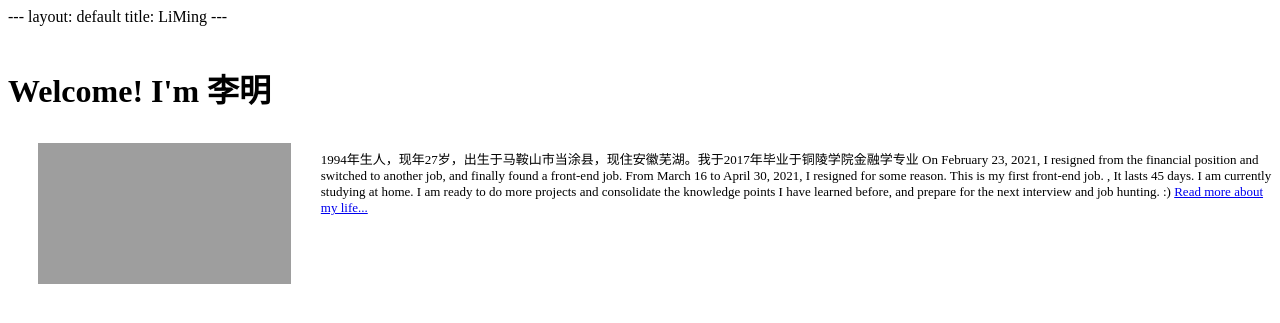
Repository: lm101845/lm101845.github.io
Page: index.html
These files come from the project's save history. The page is drawn as it stood at one moment and after the next save; the edit follows.
The browser window is 1280 px wide. The pictures show the whole page.
Pictures or frames that could not be fetched are drawn as grey boxes.

Above is the page before, as saved 2021-08-07 16:31:33.

### index.html
<!--
 * @Author: liming
 * @Date: 2021-08-07 15:46:06
 * @LastEditTime: 2021-08-07 16:31:33
 * @FilePath: \lm101845.github.io\index.html
-->
--- layout: default title: LiMing ---
<div class="blurb">
  <br />
  <h1>Welcome! I'm 李明</h1>
  <!-- 	height="230" width="185" -->
  <font size="2.5"
    ><p>
      <img
        src="images/Profile_round_faceapp.png"
        style="height: 20%; width: 20%"
        align="left"
        border="0"
        hspace="30"
        vspace="10"
      />
      <br />1994年生人，现年27岁，出生于马鞍山市当涂县，现住安徽芜湖。我于2017年毕业于铜陵学院金融学专业

      <!-- 		I'm passionate about vision-based robotics. -->
      On February 23, 2021, I resigned from the financial position and switched
      to another job, and finally found a front-end job. From March 16 to April
      30, 2021, I resigned for some reason. This is my first front-end job. , It
      lasts 45 days. I am currently studying at home. I am ready to do more
      projects and consolidate the knowledge points I have learned before, and
      prepare for the next interview and job hunting. :)
      <a href="/about">Read more about my life...</a>
    </p>
  </font>
  <br /><br /><br /><br /><br /><br /><br /><br /><br /><br /><br /><br />

  <!-- 	<br/><br/> -->
  <!-- 	<p><img src="images/rajendraFullPic2.jpg" height="30%" width="30%" align="left" border="1" HSPACE="30" VSPACE="10" /><br/>I'm an undergraduate student at <em>CSE, IIT Palakkad.</em> I'm passionate about vision-based robotics. I've participated in several robotics and ML related competitions. I was the former head of Robotics Club, IIT Palakkad. My major projects are based on the swarm, slam and vision-based pick and place. I am currently working on mobile manipulators based on ROS. My goal is to lead a robotics research lab and learn more about the field along the way. <a href="/about">Read more about my life...</a></p> -->
  <!-- 	<br/><br/><br/><br/><br/><br/><br/><br/><br/><br/><br/><br/><br/><br/> -->

  <!-- 	<h2 align="right">What others say about me on LinkedIn</h2>
	<img src="images/recommendation.png" style='height: 70%; width: 70%' align="right" border="0" HSPACE="0" VSPACE="10" />
	<br/><br/><br/><br/><br/><br/><br/><br/><br/><br/><br/><br/><br/><br/><br/><br/><br/><br/><br/><br/><br/><br/><br/><br/><br/><br/><br/><br/><br/><br/> -->
</div>
<!-- /.blurb -->

After the next save:
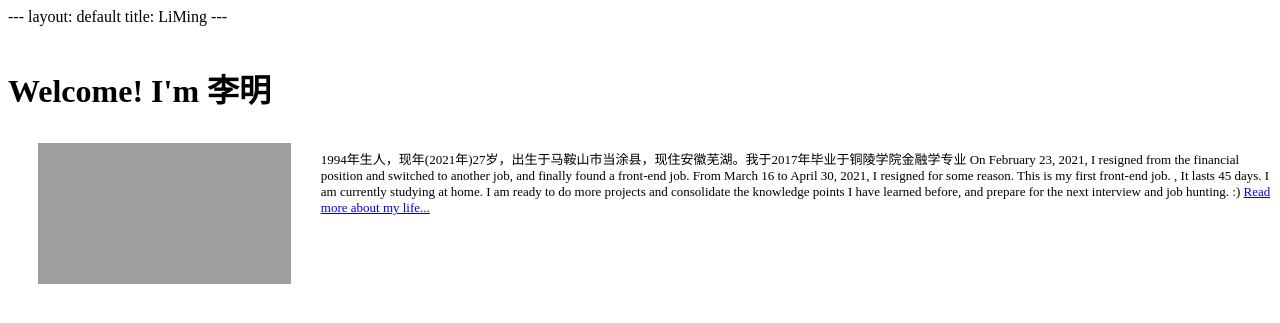
Saved 8 s later.
--- a/index.html
+++ b/index.html
@@ -1,7 +1,7 @@
 <!--
  * @Author: liming
  * @Date: 2021-08-07 15:46:06
- * @LastEditTime: 2021-08-07 16:31:33
+ * @LastEditTime: 2021-08-07 16:31:41
  * @FilePath: \lm101845.github.io\index.html
 -->
 --- layout: default title: LiMing ---
@@ -19,7 +19,7 @@
         hspace="30"
         vspace="10"
       />
-      <br />1994年生人，现年27岁，出生于马鞍山市当涂县，现住安徽芜湖。我于2017年毕业于铜陵学院金融学专业
+      <br />1994年生人，现年(2021年)27岁，出生于马鞍山市当涂县，现住安徽芜湖。我于2017年毕业于铜陵学院金融学专业
 
       <!-- 		I'm passionate about vision-based robotics. -->
       On February 23, 2021, I resigned from the financial position and switched

After the save that followed:
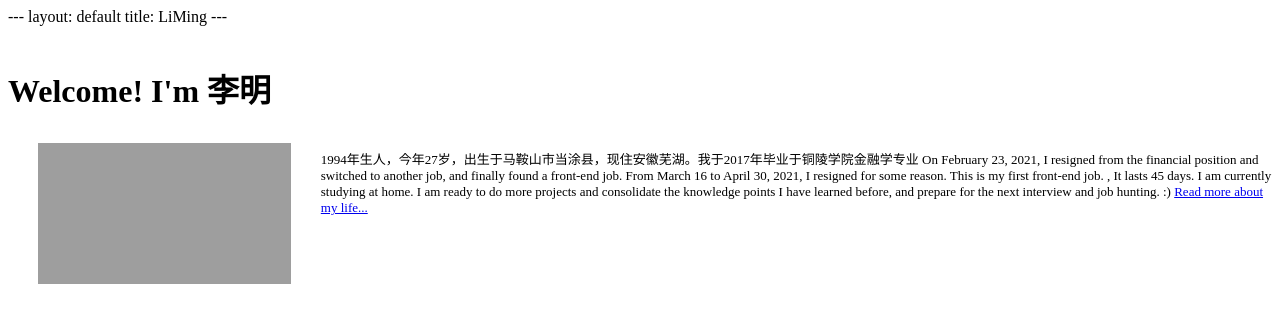
Saved 9 s later.
--- a/index.html
+++ b/index.html
@@ -1,7 +1,7 @@
 <!--
  * @Author: liming
  * @Date: 2021-08-07 15:46:06
- * @LastEditTime: 2021-08-07 16:31:41
+ * @LastEditTime: 2021-08-07 16:31:50
  * @FilePath: \lm101845.github.io\index.html
 -->
 --- layout: default title: LiMing ---
@@ -19,7 +19,7 @@
         hspace="30"
         vspace="10"
       />
-      <br />1994年生人，现年(2021年)27岁，出生于马鞍山市当涂县，现住安徽芜湖。我于2017年毕业于铜陵学院金融学专业
+      <br />1994年生人，今年27岁，出生于马鞍山市当涂县，现住安徽芜湖。我于2017年毕业于铜陵学院金融学专业
 
       <!-- 		I'm passionate about vision-based robotics. -->
       On February 23, 2021, I resigned from the financial position and switched
